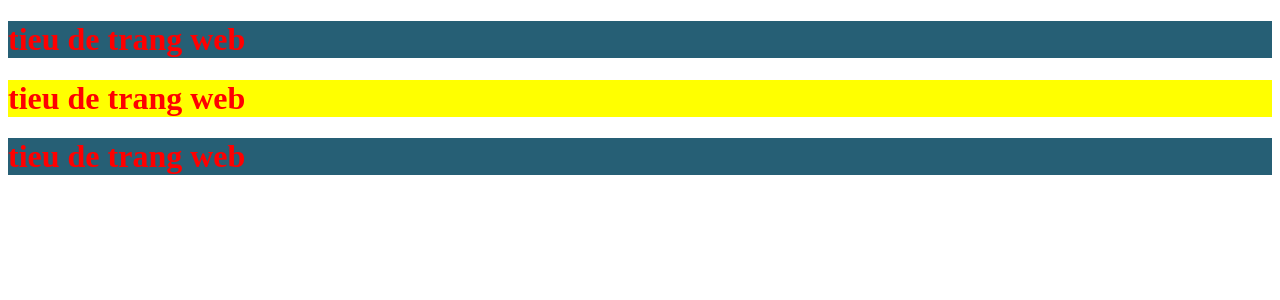
Repository: quocanh1010/quocanh1010.github.io
Page: Front End bai 1 2/index.html
These files come from the project's save history. The page is drawn as it stood at one moment and after the next save; the edit follows.
The browser window is 1280 px wide. The pictures show the whole page.

Above is the page before, as saved 2021-04-16 20:21:34.

After the next save:
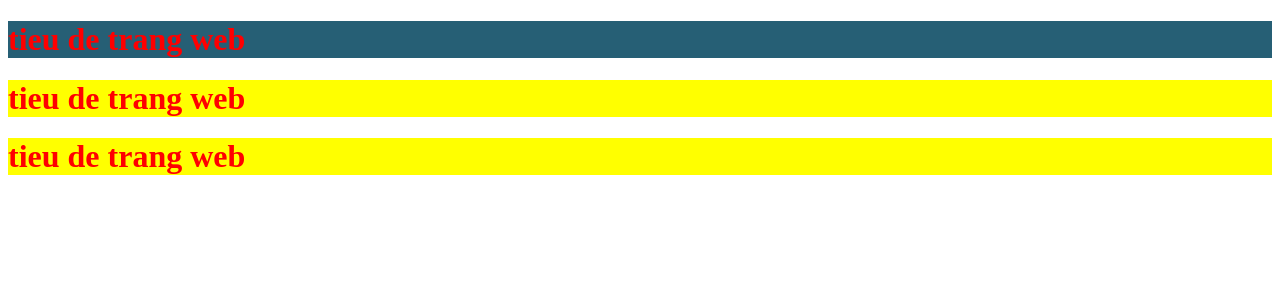
Saved 13 s later.
--- a/Front End bai 1 2/index.html
+++ b/Front End bai 1 2/index.html
@@ -24,7 +24,7 @@
 
     <h1>tieu de trang web</h1>
     <h1 class="mau-vang">tieu de trang web</h1>
-    <h1>tieu de trang web</h1>
+    <h1 class="mau-vang">tieu de trang web</h1>
 
 
 </body>
